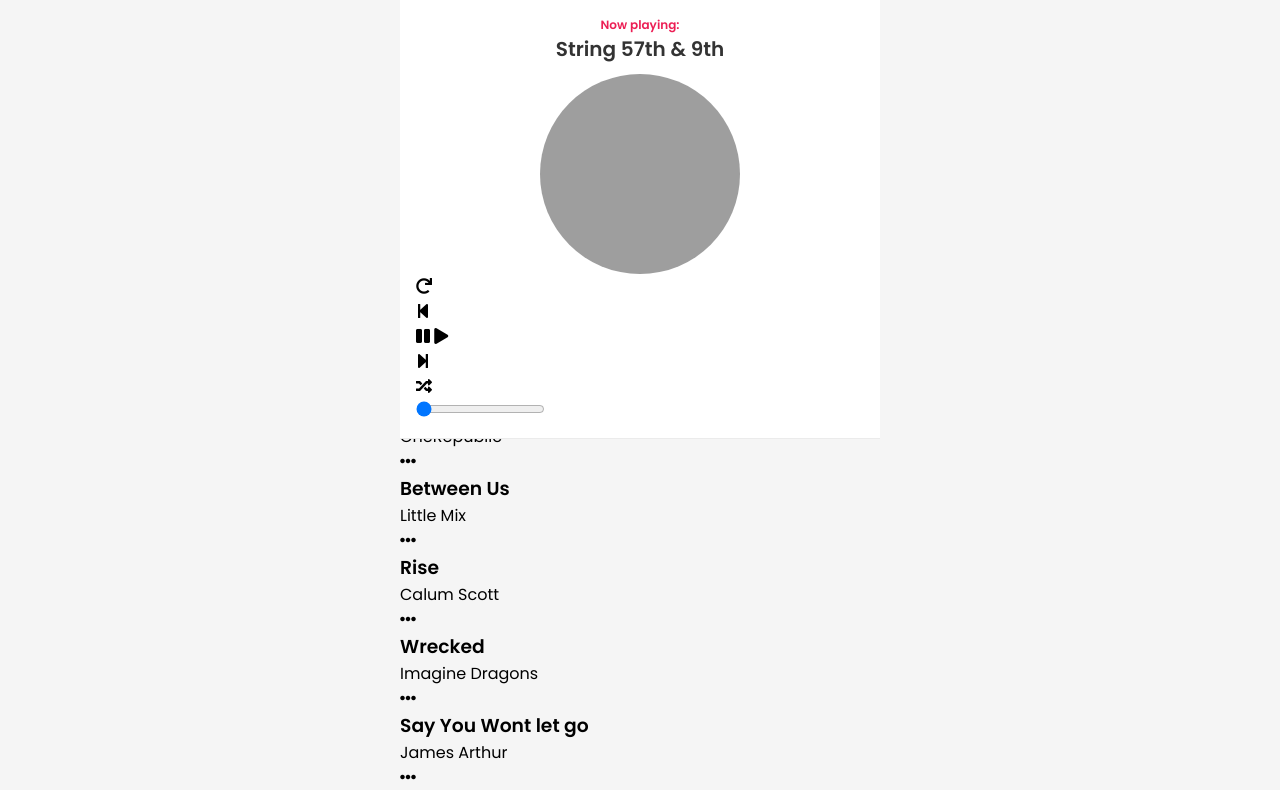
Repository: maivannhan1998/MusicPlayer.github.io
Page: index.html
An editor plug-in stored every save of this project. The page is shown before and after the next save, followed by the edit.
The browser window is 1280 px wide. The pictures show the whole page.
Pictures or frames that could not be fetched are drawn as grey boxes.

Above is the page before, as saved 2021-11-09 15:28:18.

### index.html
<!DOCTYPE html>
<html lang="en">
<head>
    <meta charset="UTF-8">
    <meta http-equiv="X-UA-Compatible" content="IE=edge">
    <meta name="viewport" content="width=device-width, initial-scale=1.0">
    <title>CodePlayMusic</title>
    <link rel="stylesheet" href="./assets/css/main.css">
    <link rel="stylesheet" href="https://cdnjs.cloudflare.com/ajax/libs/font-awesome/5.15.2/css/all.min.css" integrity="sha512-HK5fgLBL+xu6dm/Ii3z4xhlSUyZgTT9tuc/hSrtw6uzJOvgRr2a9jyxxT1ely+B+xFAmJKVSTbpM/CuL7qxO8w==" crossorigin="anonymous" />
    <link rel="preconnect" href="https://fonts.gstatic.com">
    <link href="https://fonts.googleapis.com/css2?family=Poppins:wght@300;400;600&display=swap" rel="stylesheet">
</head>
<body>
    <div class="player">
        <!-- Dashboard -->
        <div class="dashboard">
          <!-- Header -->
          <header>
            <h4>Now playing:</h4>
            <h2>String 57th & 9th</h2>
          </header>

          <!-- CD -->
          <div class="cd">
            <div class="cd-thumb" style="background-image: url('https://i.ytimg.com/vi/jTLhQf5KJSc/maxresdefault.jpg')">
            </div>
          </div>

          <!-- Control -->
          <div class="control">
            <div class="btn btn-repeat">
              <i class="fas fa-redo"></i>
            </div>
            <div class="btn btn-prev">
              <i class="fas fa-step-backward"></i>
            </div>
            <div class="btn btn-toggle-play">
              <i class="fas fa-pause icon-pause"></i>
              <i class="fas fa-play icon-play"></i>
            </div>
            <div class="btn btn-next">
              <i class="fas fa-step-forward"></i>
            </div>
            <div class="btn btn-random">
              <i class="fas fa-random"></i>
            </div>
          </div>

          <input id="progress" class="progress" type="range" value="0" step="1" min="0" max="100">

          <audio id="audio" src=""></audio>
        </div>

        <!-- Playlist -->
        <div class="playlist">

        </div>
      </div>
      <script>
         const $ = document.querySelector.bind(document);
         const $$ = document.querySelectorAll.bind(document);

         const app = {

            currentIndex: 0,

            songs: [
                 {
                     name: 'Easy On Me',
                     singer: 'adele',
                     path: './assets/music/song1.mp3',
                     image: './assets/img/img1.jpg'
                 }, {
                     name: 'One Right Now',
                     singer: 'Post Malone, The Weeknd',
                     path: './assets/music/song2.mp3',
                     image: './assets/img/img2.jpg'
                 }, {
                     name: 'For Tonight',
                     singer: 'Giveon',
                     path: './assets/music/song3.mp3',
                     image: './assets/img/img3.jpg'
                 }, {
                     name: 'Cold Heart',
                     singer: 'Elton John, Dua Lipa',
                     path: './assets/music/song4.mp3',
                     image: './assets/img/img4.jpg'
                 }, {
                     name: 'STAY',
                     singer: 'The Kid LAROI, Justin Bieber',
                     path: './assets/music/song5.mp3',
                     image: './assets/img/img5.jpg'
                 }, {
                     name: 'Someday',
                     singer: 'OneRepublic',
                     path: './assets/music/song6.mp3',
                     image: './assets/img/img6.jpg'
                 }, {
                     name: 'Between Us',
                     singer: 'Little Mix',
                     path: './assets/music/song7.mp3',
                     image: './assets/img/img7.jpg'
                 }, {
                     name: 'Rise',
                     singer: 'Calum Scott',
                     path: './assets/music/song8.mp3',
                     image: './assets/img/img8.jpg'
                 }, {
                     name: 'Wrecked',
                     singer: 'Imagine Dragons',
                     path: './assets/music/song9.mp3',
                     image: './assets/img/img9.jpg'
                 }, {
                     name: 'Say You Wont let go',
                     singer: 'James Arthur',
                     path: './assets/music/song10.mp3',
                     image: './assets/img/img10.jpg'
                 }
             ],

            render: function(){
                const htmls = this.songs.map((song) => {
                    return `
                        <div class="song">
                            <div class="thumb"
                                style="background-image: url('${song.image}')">
                            </div>
                            <div class="body">
                                <h3 class="title">${song.name}</h3>
                                <p class="author">${song.singer}</p>
                            </div>
                            <div class="option">
                                <i class="fas fa-ellipsis-h"></i>
                            </div>
                        </div>
                    `
                })
                $('.playlist').innerHTML = htmls.join('')
            },

            handleEvents: function() {
                const cd = $('.cd')
                const cdWidth  = cd.offsetWidth;

                 document.onscroll = function () {
                    const scrollTop = window.scrollY || document.documentElement.scrollTop;
                    const newCdWidth = cdWidth - scrollTop;

                    cd.style.width = newCdWidth > 0 ? newCdWidth + 'px' : 0;
                    cd.style.opacity = newCdWidth / cdWidth;
                 }
            },
            getCurrentSong: function() {
                return this.songs[this.currentIndex];
            },
            start: function() {

                this.handleEvents();

                console.log(this.getCurrentSong())

                this.render();
            }
        }

        app.start();

      </script>
</body>
</html>

### assets/css/main.css
:root {
  --primary-color: #ec1f55;
  --text-color: #333;
}

* {
  padding: 0;
  margin: 0;
  box-sizing: inherit;
}

body {
  background-color: #f5f5f5;
}

html {
  box-sizing: border-box;
  font-family: "Poppins", sans-serif;
}

.player {
  position: relative;
  max-width: 480px;
  margin: 0 auto;
}

.dashboard {
  position: fixed;
  padding: 16px 16px 14px;
  background-color: #fff;
  top: 0;
  width: 100%;
  max-width: 480px;
  border-bottom: 1px solid #ebebeb;
}

header {
  text-align: center;
  margin-bottom: 10px;
}

header h2 {
  color: var(--text-color);
  font-size: 20px;
}

header h4 {
  color: var(--primary-color);
  font-size: 12px;
}

.cd {
  display: flex;
  margin: auto;
  width: 200px;
}

.cd-thumb {
  width: 100%;
  padding-top: 100%;
  border-radius: 50%;
  background-color: #333;
  background-size: cover;
  margin: auto;
}

After the next save:
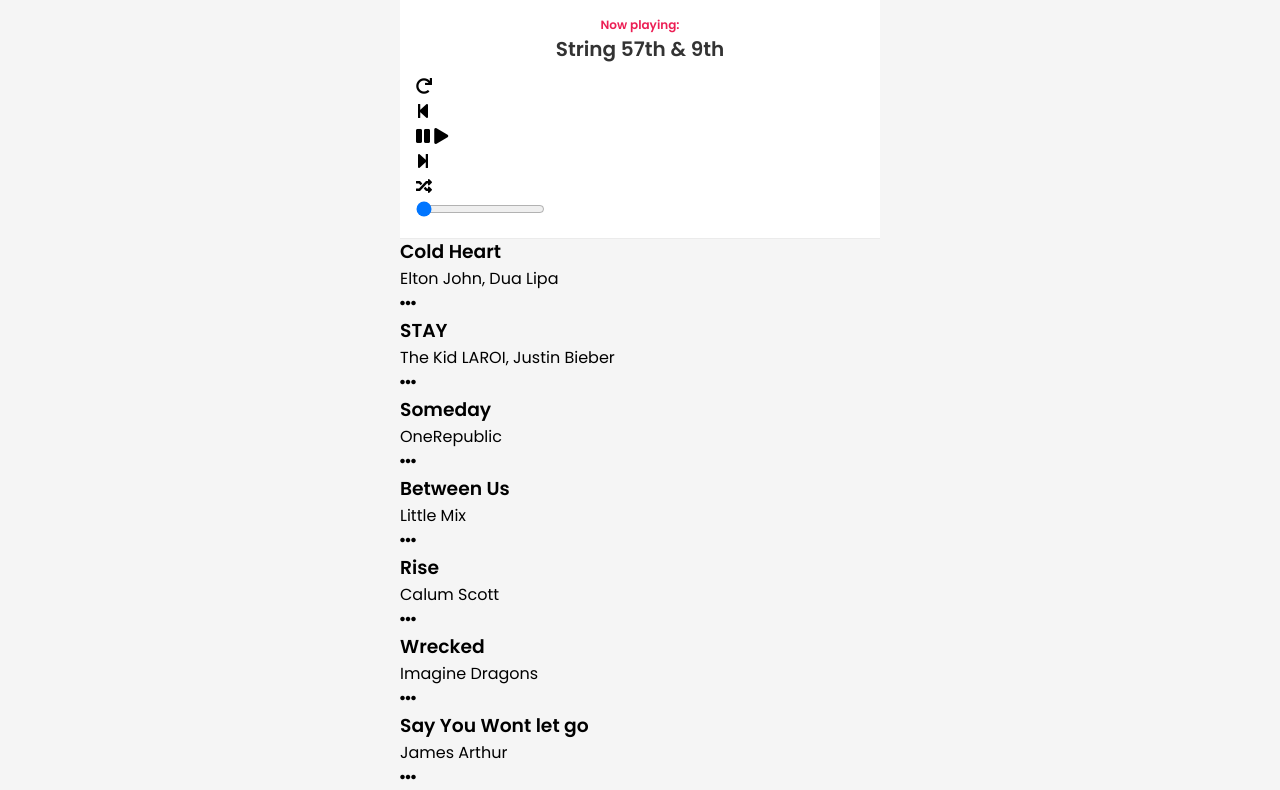
Saved 9 s later.
--- a/assets/css/main.css
+++ b/assets/css/main.css
@@ -57,7 +57,7 @@
 
 .cd-thumb {
   width: 100%;
-  padding-top: 100%;
+  /* padding-top: 100%; */
   border-radius: 50%;
   background-color: #333;
   background-size: cover;

After the save that followed:
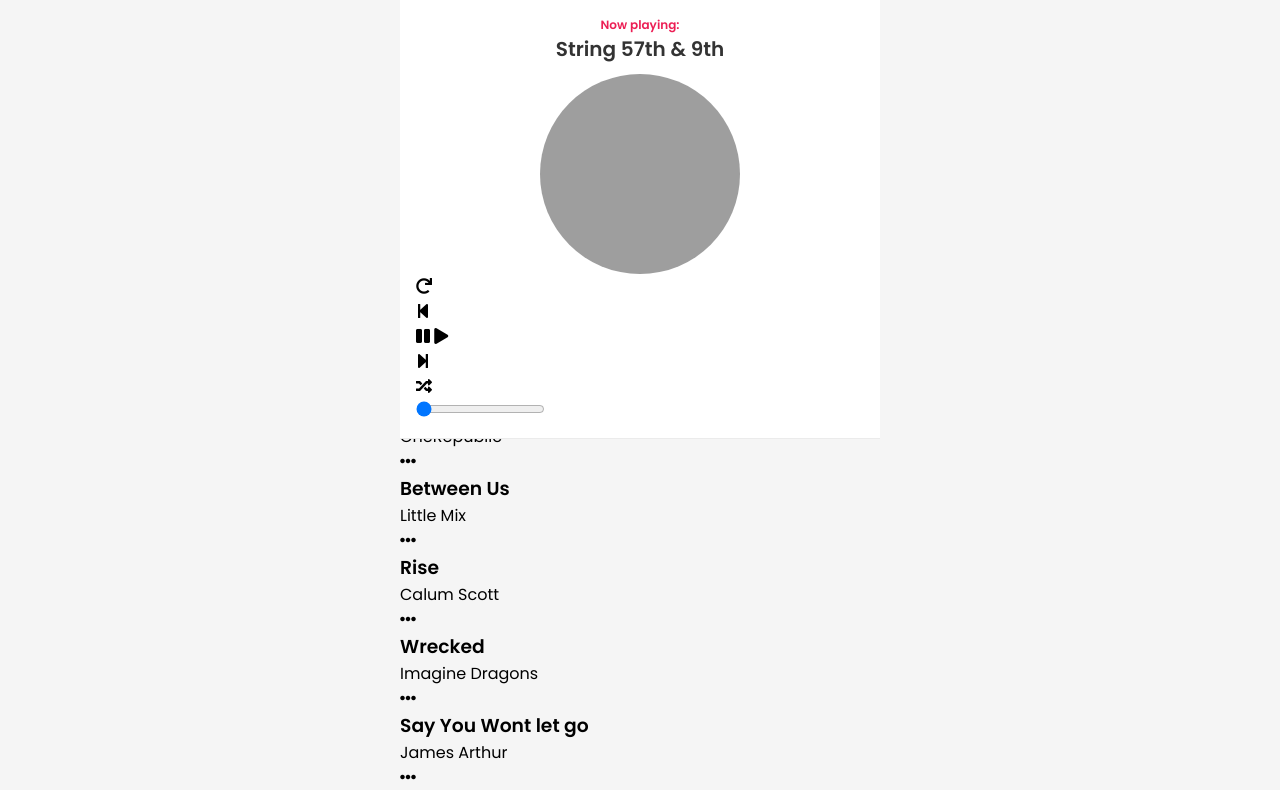
Saved 7 s later.
--- a/assets/css/main.css
+++ b/assets/css/main.css
@@ -57,7 +57,7 @@
 
 .cd-thumb {
   width: 100%;
-  /* padding-top: 100%; */
+  padding-top: 100%;
   border-radius: 50%;
   background-color: #333;
   background-size: cover;
